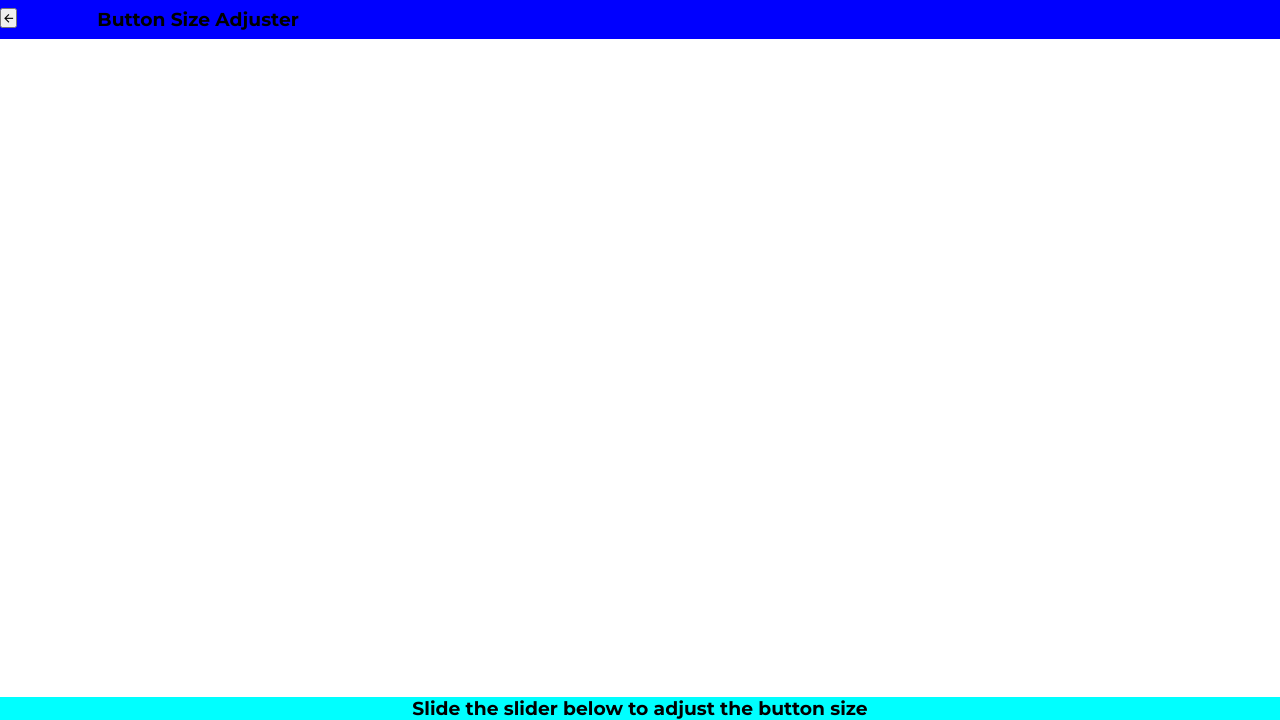
Repository: EguJaredoBoyd/Jared-Counter-App
Page: settings.html
An editor plug-in stored every save of this project. The page is shown before and after the next save, followed by the edit.
The browser window is 1280 px wide. The pictures show the whole page.

Above is the page before, as saved 2025-12-03 15:14:35.
Console error: TypeError: Cannot set properties of null (setting 'textContent')

### settings.html
<!DOCTYPE html>
<html lang="en">

<head>
    <meta charset="UTF-8">
    <meta name="viewport" content="width=device-width, initial-scale=1.0">
    <title>Document</title>
    <link rel="preconnect" href="https://fonts.googleapis.com">
    <link rel="preconnect" href="https://fonts.gstatic.com" crossorigin>
    <link href="https://fonts.googleapis.com/css2?family=Montserrat:ital,wght@0,100..900;1,100..900&display=swap"
        rel="stylesheet">
    <link href="https://cdn.jsdelivr.net/npm/remixicon@4.2.0/fonts/remixicon.css" rel="stylesheet">
    <link rel="stylesheet" href="style.css">
    <script src="script.js" defer></script>
    <script src="toggle-script.js" defer></script>
</head>

<body>
    <header>
        <div class="header__div--adjuster">
            <a href="index.html"><button><i class="ri-arrow-left-line"></i></button></a>
            <h3>Button Size Adjuster</h3>
        </div>
    </header>

    <main>
        <div class="main__div--slider">
            <h3>Slide the slider below to adjust the button size</h3>
        </div>
    </main>

</body>

</html>

### style.css
* {
    padding: 0;
    margin: 0;
    box-sizing: border-box;
    font-family: "Montserrat", sans-serif;

}

:root {
    --primary-color: #0d1b2a;
    --secondary-color: #e0e1dd;
}

body {
    display: flex;
    flex-direction: column;
    height: 100vh;
    justify-content: space-between;
}

header {
    display: flex;
    justify-content: space-between;
    background-color: red;
}

.header__button__ul--toggle-list {
    background-color: pink;
    position: absolute;
    top: 0;
    right: 0;
    width: 100%;
    height: 100vh;
    transform: translateX(100%);
    opacity: 0;
    pointer-events: none;
    transition: all 2s ease-in-out;
}

.header__button__ul--toggle-list.show {
    transform: translateX(0);
    opacity: 1;
    pointer-events: auto;
    animation: slideIn 3s;
    animation-fill-mode: forwards;
}

@keyframes slideIn {
    from {
        background-color: pink;
    }

    to {
        background-color: green;
    }

}

.header__div__ul--header {
    display: flex;
    justify-content: space-between;
    background-color: yellow;
    padding: 0.5rem 0;
}

li {
    display: flex;
    justify-content: space-between;
    margin: 1rem 1.5rem;
    gap: 5rem;
    background-color: skyblue;
}

.li__div--content {
    text-justify: inter-word;
    background-color: orange;
    width: 100%;
    max-width: 40%;
}

main {
    text-align: center;
    background-color: blue;
}

/* The settings style */
.header__div--adjuster {
    display: flex;
    width: 100%;
    max-width: 100%;
    column-gap: 5rem;
    background-color: blue;
    padding: 0.5rem 0;
}

.main__div--slider {
    background-color: aqua;
}

footer {
    text-align: center;
    background-color: green;
}

### script.js
//Get the last number clicked
let numberCount = Number(localStorage.getItem('increment')) || 0;

//Get last button clicked once the browser loads
let savedColor = localStorage.getItem('color');
let savedColor2 = localStorage.getItem('color2');
let savedColor3 = localStorage.getItem('color3')

let numberIncrement = document.querySelector('#increment');
let numberDecrement = document.getElementById('decrement');
let numberReset = document.querySelector('#reset');
let startCount = document.getElementById('start-count');

//Loads the the page with the last clicked number
startCount.textContent = numberCount;

//Uses the saved colour as a variable for the string 'red'
if (savedColor) {
    numberIncrement.style.backgroundColor = savedColor;
}
if (savedColor2) {
    numberDecrement.style.backgroundColor = savedColor2
}
if (savedColor3) {
    numberReset.style.backgroundColor = savedColor3;
}



numberIncrement.addEventListener('click', () => {
    let incrementColor = numberIncrement.style.backgroundColor = 'red';

    //Reset the other button colours
    numberDecrement.style.background = '';
    numberReset.style.background = '';

    //Save the color so it reminds user of last button clicked
    localStorage.setItem('color', incrementColor)
    //Remove colour storage for other buttons
    localStorage.removeItem('color2')
    localStorage.removeItem('color3')

    let counting = startCount.textContent = numberCount += 1;
    if (counting > 0) {
        startCount.style.color = 'green'
    }
    else if (counting === 0) {
        startCount.style.color = 'black';
    }
    if (numberCount < 0) {
        startCount.style.color = 'red'
    }

    //Save the number count to the localStorage
    localStorage.setItem('increment', numberCount);

})
numberDecrement.addEventListener('click', () => {
    let decrementColor = numberDecrement.style.backgroundColor = 'yellow';

    //Reset the other button colours
    numberIncrement.style.backgroundColor = '';
    numberReset.style.backgroundColor = '';

    //Save the color so it reminds user of last button clicked
    localStorage.setItem('color2', decrementColor)
    //Remove colour storage for other buttons
    localStorage.removeItem('color');
    localStorage.removeItem('color3')

    let negativeCounting = startCount.textContent = numberCount -= 1;
    if (negativeCounting < 0) {
        startCount.style.color = 'red'
    }
    else if (negativeCounting === 0) {
        startCount.style.color = 'black'
    }
    localStorage.setItem('increment', numberCount);
})
numberReset.addEventListener('click', () => {
    let resetColor = numberReset.style.backgroundColor = 'Blue';

    //Reset the other button colours
    numberIncrement.style.backgroundColor = '';
    numberDecrement.style.backgroundColor = '';

    //Save the color so it reminds user of last button clicked
    localStorage.setItem('color3', resetColor)
    //Remove colour storage for other buttons
    localStorage.removeItem('color');
    localStorage.removeItem('color2');

    let resetCounting = startCount.textContent = numberCount = 0;
    if (resetCounting === 0) {
        startCount.style.color = 'black'
    }
    localStorage.setItem('increment', numberCount);
})

### toggle-script.js
//Target the toggle button
let toggleButton = document.getElementById('toggle-button');
let toggleList = document.getElementById('toggle-list');
let toggleButtonClose = document.getElementById('toggle-button-close');


//Toggle the button to show the list
toggleButton.addEventListener('click', () => {
    toggleList.classList.toggle('show');
})

//Toggle the close button to remove list
toggleButtonClose.addEventListener('click', () => {
    toggleList.classList.toggle('show');
})

After the next save:
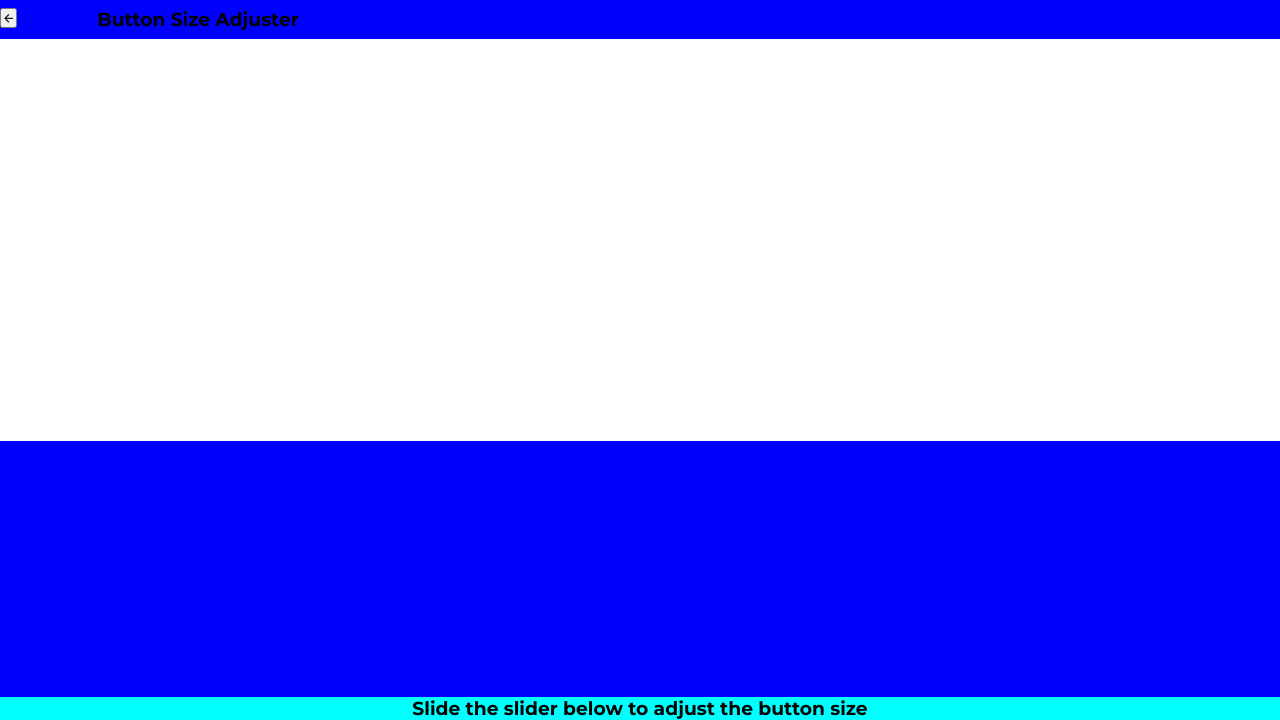
Saved 28 s later.
--- a/style.css
+++ b/style.css
@@ -95,6 +95,7 @@ main {
 
 .main__div--slider {
     background-color: aqua;
+    margin-top: 20%;
 }
 
 footer {
